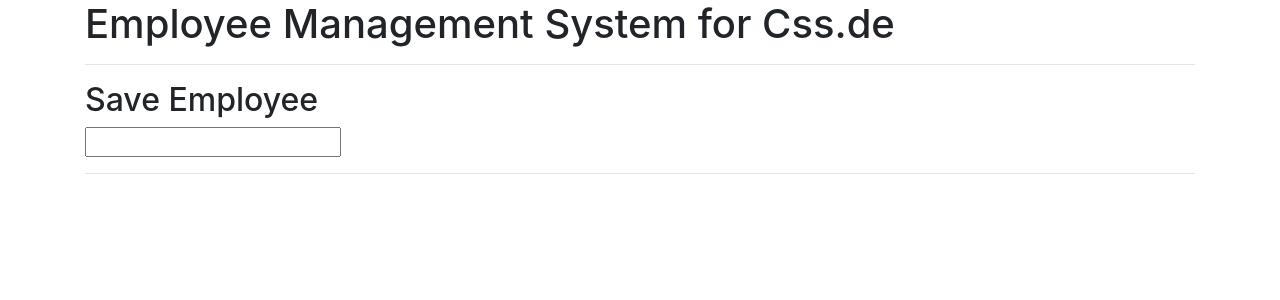
Repository: Len2/Topic4
Page: src/main/resources/templates/newIdCard.html
An editor plug-in stored every save of this project. The page is shown before and after the next save, followed by the edit.
The browser window is 1280 px wide. The pictures show the whole page.

Above is the page before, as saved 2020-09-06 16:30:04.

After the next save:
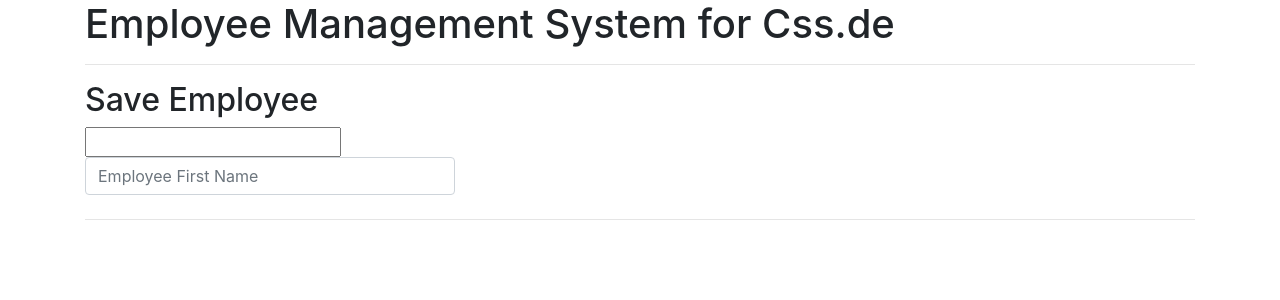
Saved 39 min 40 s later.
--- a/src/main/resources/templates/newIdCard.html
+++ b/src/main/resources/templates/newIdCard.html
@@ -18,8 +18,8 @@
             method="POST">
 
             <input type="text" th:field="*{id}" />
-			<!-- <input type="text" th:field="*{firstName}"
-				placeholder="Employee First Name" class="form-control mb-4 col-4"> -->
+			<input type="text" th:field="*{firstName}"
+				placeholder="Employee First Name" class="form-control mb-4 col-4">
 
 				<!-- <input type="text" th:field="*{lastName}"
 				placeholder="Employee Last Name" class="form-control mb-4 col-4">
